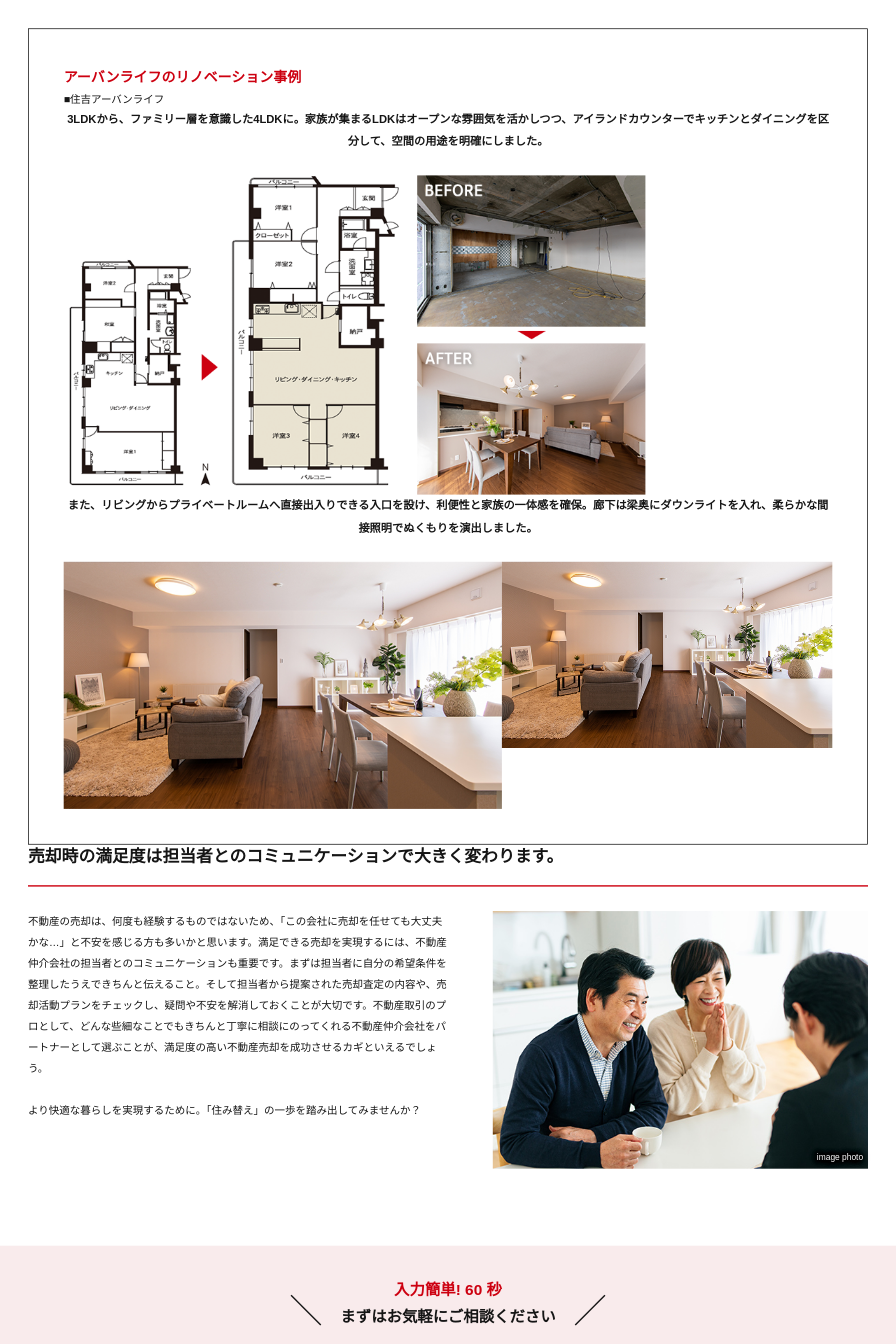
Repository: duongspm/group-kansai_new-data
Page: group-kansai_new/pickup/column07.html
These files come from the project's save history. The page is drawn as it stood at one moment and after the next save; the edit follows.
The browser window is 1280 px wide. The pictures show the part of the page from y = 2262 to 4182 px (the page is 4738 px tall before and 4719 px after), at 70% of full size.

Above is the page before, as saved 2023-06-30 15:24:46.

After the next save:
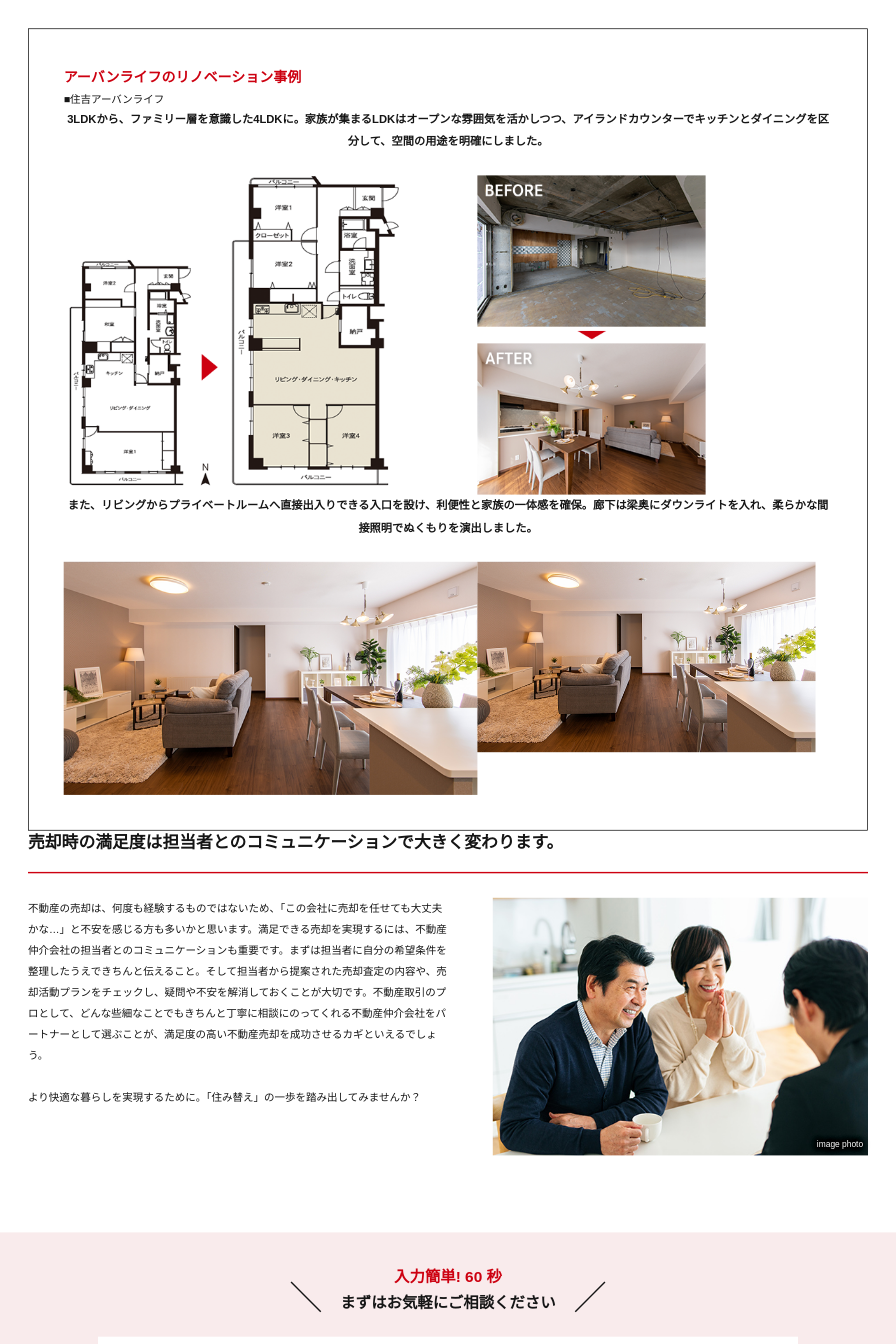
Saved 43 s later.
--- a/group-kansai_new/pickup/css/column.css
+++ b/group-kansai_new/pickup/css/column.css
@@ -198,7 +198,7 @@
     display: flex;
 }
 .column07__box .flex .flex__left{
-    width: ;
+    width: 53.8%;
 }
 .column07__box .flex .flex__right{
     width: 44%;
